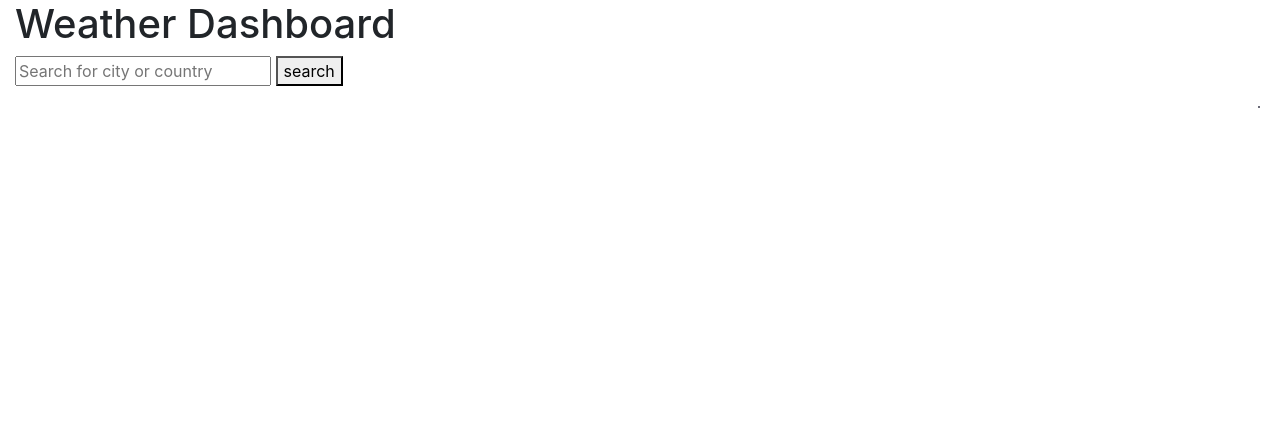
Repository: cobalt88/weather-forecast-app
Page: index.html
The author's editor kept a copy of each file at every save. The page is drawn from the files as they stood at one save, then again after the next save.
The browser window is 1280 px wide. The pictures show the whole page.
Some web libraries are served in a nearby version.

Above is the page before, as saved 2022-05-21 16:38:18.

After the next save:
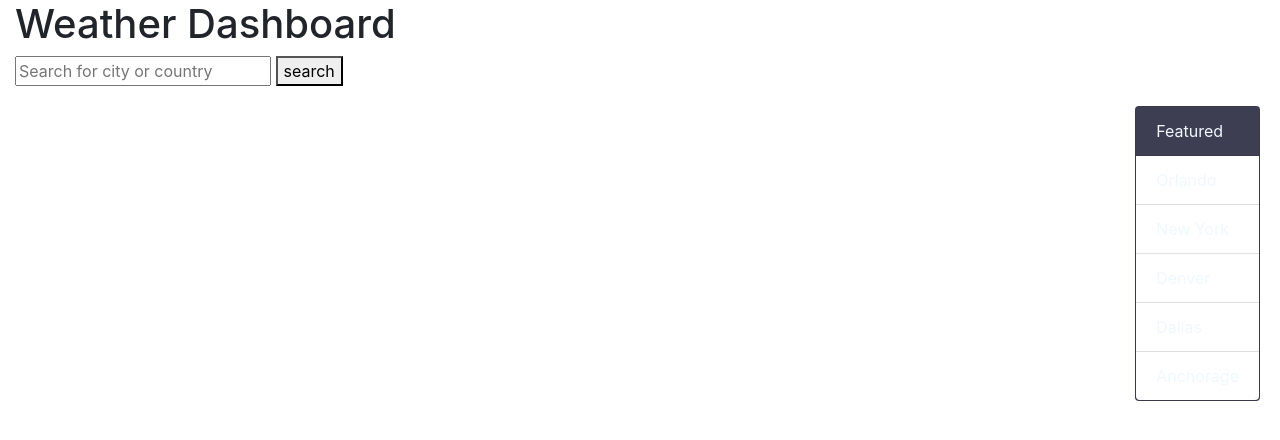
Console error: ReferenceError: loadStorage is not defined
Saved 27 s later.
--- a/assets/logic_2.js
+++ b/assets/logic_2.js
@@ -97,18 +97,7 @@
     <p id="uv-index${i}" class="${uvStyle}">UV Index: ${uvIndex}</p>
     </div>`;
 
-    history.innerHTML = `
-      <div class="card-header">
-        Featured
-      </div>
-      <ul class="list-group list-group-flush">
-        <li class="list-group-item">${historyArr[0]}</li>
-        <li class="list-group-item">${historyArr[1]}</li>
-        <li class="list-group-item">${historyArr[2]}</li>
-        <li class="list-group-item">${historyArr[3]}</li>
-        <li class="list-group-item">${historyArr[4]}</li>
-      </ul>
-    `;
+
 
 for (var i = 1; i < 6; i++) {
 
@@ -177,7 +166,19 @@
 
 
 
-// $(document).ready(function(){
-//   loadStorage()
-//   displayHistory()
-// } );
+$(document).ready(function(){
+  history.innerHTML = `
+  <div class="card-header">
+    Featured
+  </div>
+  <ul class="list-group list-group-flush">
+    <li class="list-group-item">${historyArr[0]}</li>
+    <li class="list-group-item">${historyArr[1]}</li>
+    <li class="list-group-item">${historyArr[2]}</li>
+    <li class="list-group-item">${historyArr[3]}</li>
+    <li class="list-group-item">${historyArr[4]}</li>
+  </ul>
+`;
+  loadStorage()
+  displayHistory()
+} );

After the 4 saves that followed:
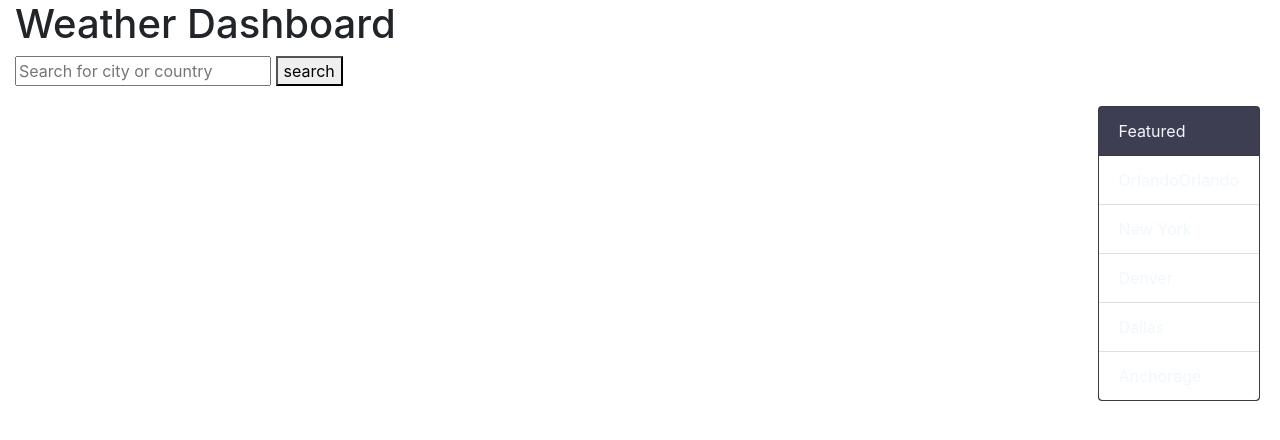
The error is gone.
The 4 saves are shown as one change because 3 left the picture as it was.
The last was saved 2 min 34 s later.
--- a/assets/logic_2.js
+++ b/assets/logic_2.js
@@ -172,13 +172,15 @@
     Featured
   </div>
   <ul class="list-group list-group-flush">
-    <li class="list-group-item">${historyArr[0]}</li>
-    <li class="list-group-item">${historyArr[1]}</li>
-    <li class="list-group-item">${historyArr[2]}</li>
-    <li class="list-group-item">${historyArr[3]}</li>
-    <li class="list-group-item">${historyArr[4]}</li>
+    <li class="list-group-item"> Orlando${historyArr[0]} </li>
+    <li class="list-group-item"> ${historyArr[1]} </li>
+    <li class="list-group-item"> ${historyArr[2]} </li>
+    <li class="list-group-item"> ${historyArr[3]} </li>
+    <li class="list-group-item"> ${historyArr[4]} </li>
   </ul>
 `;
-  loadStorage()
-  displayHistory()
+
+console.log(historyArr[0])
+  // loadStorage()
+  // displayHistory()
 } );
